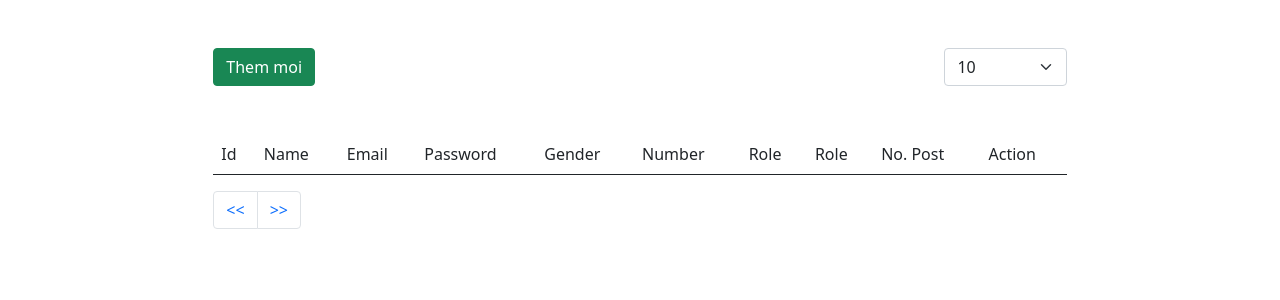
Repository: kiennd3921/AssJava4
Page: http://localhost/PT15307-UD/view/admin/users/index.jsp
These files come from the project's save history. The page is drawn as it stood at one moment and after the next save; the edit follows.
The browser window is 1280 px wide. The pictures show the whole page.
The page is served by Tomcat 9. The template is opened directly, without the code that normally fills it, so the values that code supplies are empty.

Above is the page before, as saved 2021-04-14 01:09:20.

After the next save:
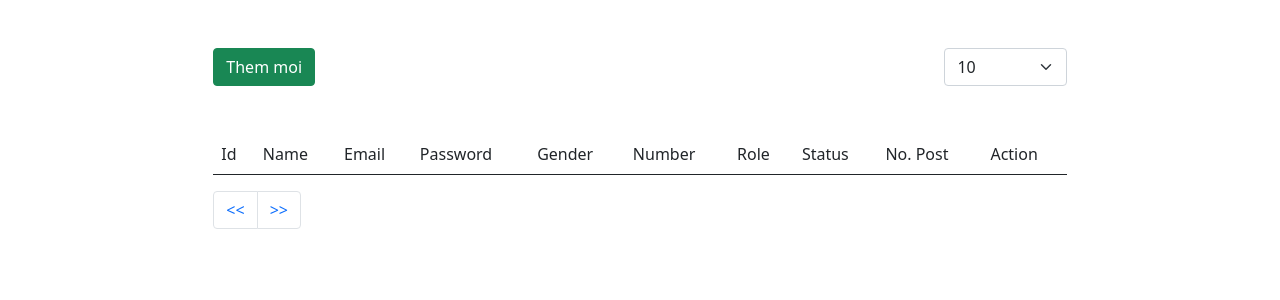
Saved 13 s later.
--- a/PT15307-UD/PT15307-UD/WebContent/view/admin/users/index.jsp
+++ b/PT15307-UD/PT15307-UD/WebContent/view/admin/users/index.jsp
@@ -40,7 +40,7 @@
 						<td>Number</td>
 						<td>Role</td>
 
-						<td>Role</td>
+						<td>Status</td>
 						<td>No. Post</td>
 
 						<td colspan="2">Action</td>
